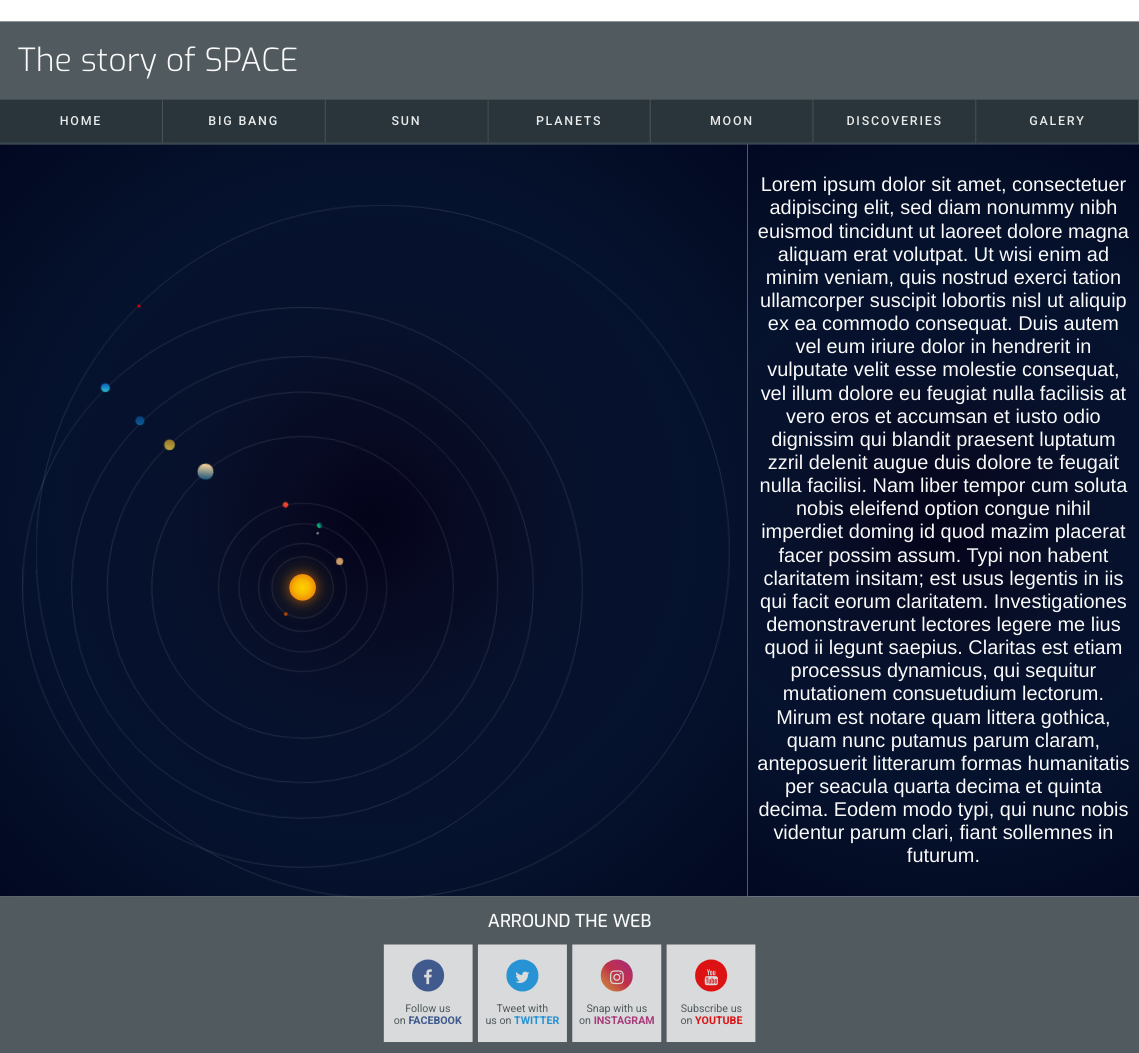
Repository: OlaQla/First-Milestones-Project
Page: index.html
The author's editor kept a record of every edit. The page is drawn from the files as they stood at one moment, then again after the next edit.
The browser window is 1280 px wide. The pictures show the whole page, at 89% of full size.
Backgrounds fixed to the window are drawn as part of the page. Some web libraries are served in a nearby version.

Above is the page before.

After the next edit:
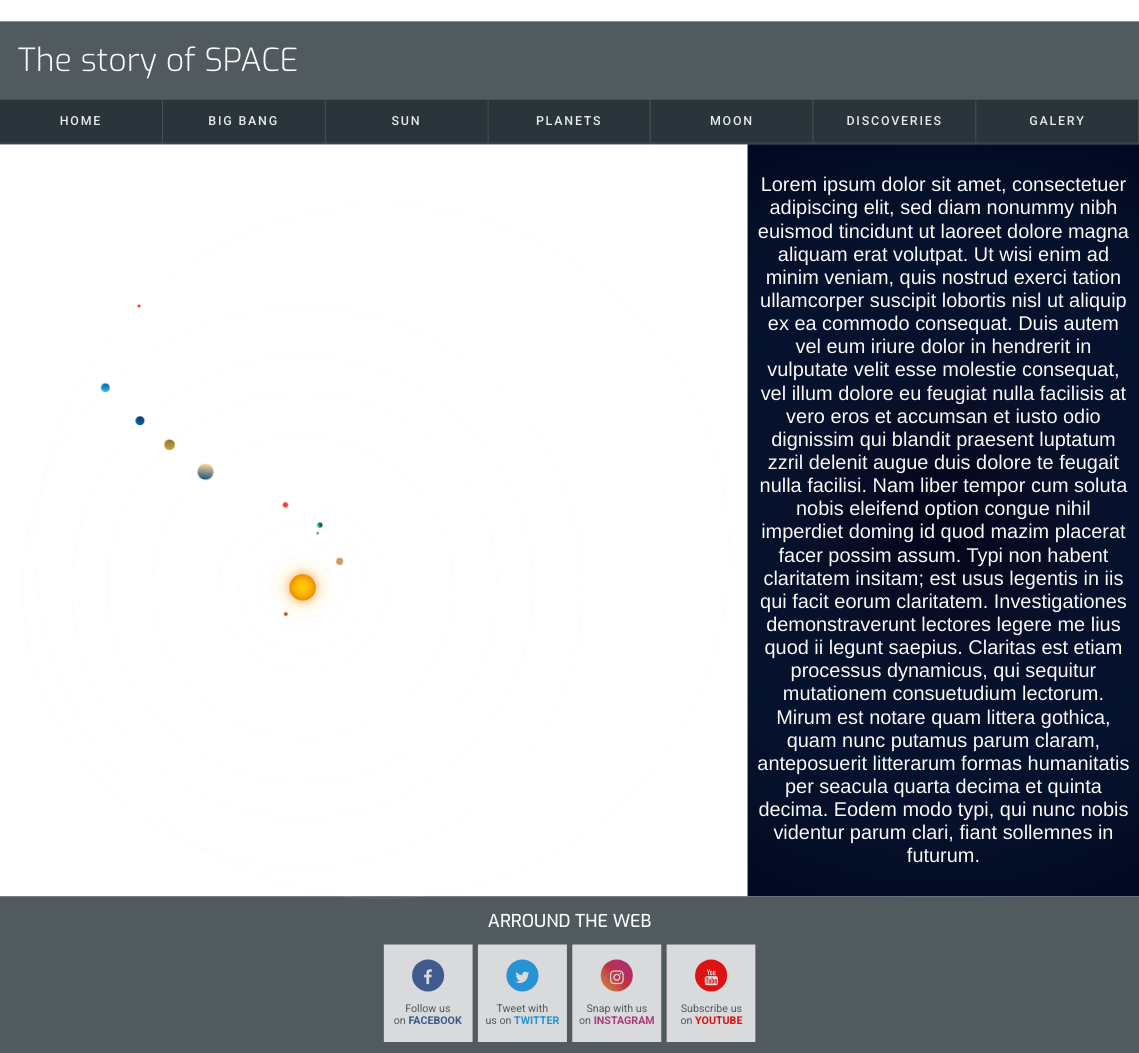
The edit:
--- a/main.css
+++ b/main.css
@@ -498,7 +498,6 @@
 .column-main {
     font: Arial, sans-serif;
     color: #fff;
-    background-image: radial-gradient(circle, #03031a, #06071e, #070b23, #080e27, #07112c, #06112d, #06122d, #05122e, #05102b, #040e27, #030b24, #020821);
     background-attachment: fixed;
     background-repeat: no-repeat;
 

After the edit that followed:
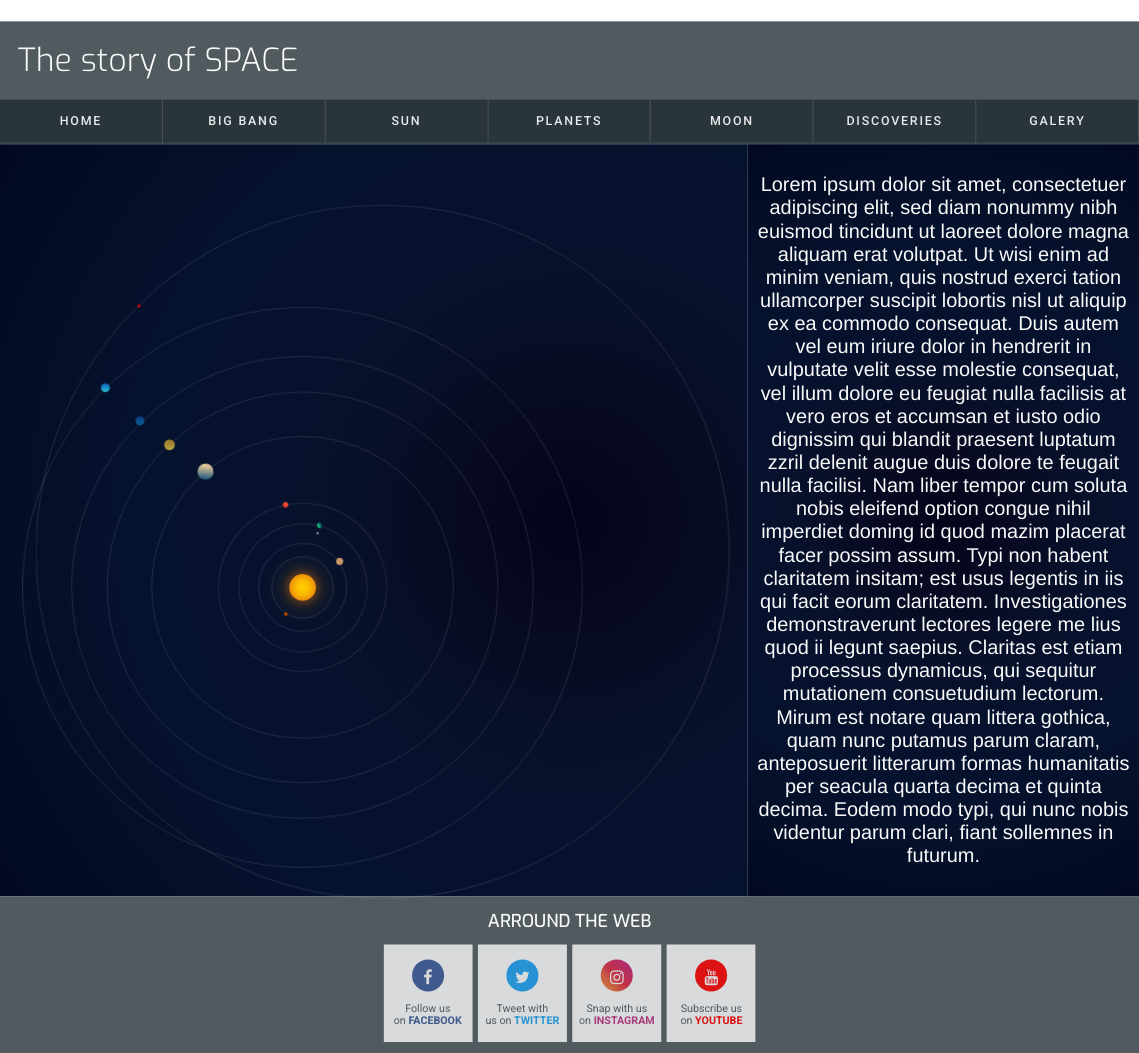
The edit:
--- a/main.css
+++ b/main.css
@@ -470,6 +470,8 @@
 
 .container {
     display: flex;
+ background-image: radial-gradient(circle, #03031a, #06071e, #070b23, #080e27, #07112c, #06112d, #06122d, #05122e, #05102b, #040e27, #030b24, #020821);
+
 }
 
 .container>*+* {
